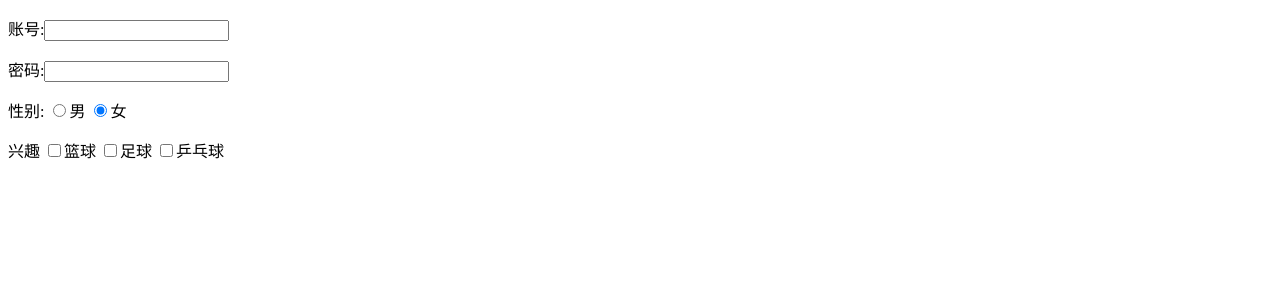
Repository: LYC-Android/JavaWebProject
Page: WebBasic/src/main/webapp/day02/demo1.html
An editor plug-in stored every save of this project. The page is shown before and after a run of saves, followed by the edit.
The browser window is 1280 px wide. The pictures show the whole page.

Above is the page before, as saved 2017-09-07 06:31:40.

### WebBasic/src/main/webapp/day02/demo1.html
<!DOCTYPE html>
<html>
<head>
<meta charset="UTF-8">
<title>Insert title here</title>
</head>
<body>
    <!-- 1.表单元素 用来声明数据提交的范围，只有在此元素内的数据可以提交给服务器 -->
    <form action=""></form>
    <!-- 2.表单控件:用户用来输入数据的 -->
     <!-- 1.input元素(9个) 它们之间用type属性来区分. -->

      <!-- 文本框 -->
      <p>
        账号:<input type="text" readonly="readonly" />
      </p>
      <!-- 密码框 -->
    密码:<input type="password">
    <!-- 单选框      组名:同一组radio互斥
    check设置默认选中
     -->
    <p>
     性别:
     <input type="radio" name="sex" checked="checked"/>男
     <input type="radio" name="sex" checked="checked"/>女
    </p>

    <!-- 多选框 -->
   兴趣
   <input type="checkbox">篮球
   <input type="checkbox">足球
   <input type="checkbox">乒乓球
	   <!-- 2.其他元素(3个) -->

</body>
</html>

After the next 2 saves:
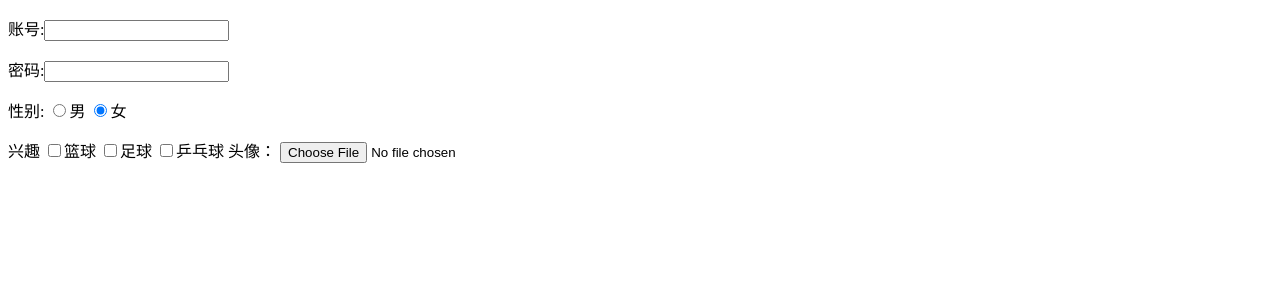
The 2 saves are shown as one change because they came seconds apart.
The last was saved 4 min 47 s later.
--- a/WebBasic/src/main/webapp/day02/demo1.html
+++ b/WebBasic/src/main/webapp/day02/demo1.html
@@ -30,6 +30,10 @@
    <input type="checkbox">篮球
    <input type="checkbox">足球
    <input type="checkbox">乒乓球
+
+   <!-- 文件框 -->
+    头像：
+    <input type="file">
 	   <!-- 2.其他元素(3个) -->
 
 </body>
